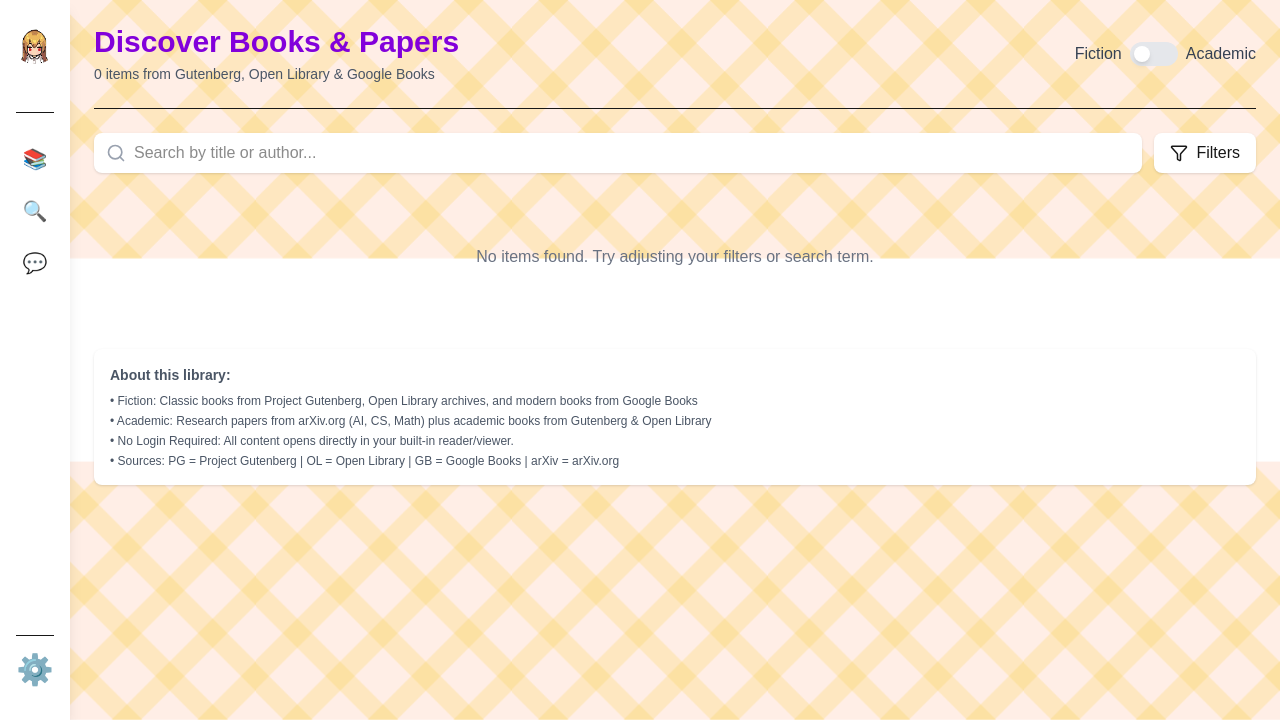
Repository: ramosfranz/bookie
Page: /discover
The author's editor kept a copy of each file at every save. The page is drawn from the files as they stood at one save, then again after the next save.
The browser window is 1280 px wide. The pictures show the whole page.
The page's requests for data from a server got no answer. Some web fonts or font styles are not loaded; a fallback is used. The project was rebuilt for these pictures with package versions that can differ from the ones it lists, and the page was loaded fresh each time. The framework's server and built-in components were replaced by stand-ins that run in the browser. No one was signed in, and anything a server would have sent is missing. Also part of the build but not shown: next.config.ts.

Above is the page before, as saved 2025-12-06 07:48:53.

### src/app/layout.tsx
import type { Metadata } from "next";
import "./globals.css";
import Head from "next/head";

export const metadata: Metadata = {
  title: "Bookie",
  description: "Bookie",
};

export default function RootLayout({
  children,
}: Readonly<{ children: React.ReactNode }>) {
  return (
    <html lang="en">
      <Head>
        <link rel="preconnect" href="https://fonts.googleapis.com" />
        <link rel="preconnect" href="https://fonts.gstatic.com" crossOrigin="anonymous" />
        <link href="https://fonts.googleapis.com/css2?family=Jersey+25&display=swap" rel="stylesheet" />

      </Head>
      <body className="font-jersey antialiased">{children}</body>
    </html>
  );
}

### src/app/discover/page.tsx
"use client";

import { useState, useMemo, useEffect } from "react";
import { BookOpen, Search, X, Filter, FileText, Plus } from "lucide-react";
import Sidebar from "../components/Sidebar";
import { addBookToLibrary, isBookInLibrary } from "@/lib/supabase/library";
import { supabase } from "@/lib/supabase/client";
import '../styles/background.css';

// --- TYPESCRIPT DECLARATIONS FOR GOOGLE BOOKS API ---
declare global {
  interface Window {
    google?: {
      books: {
        load: () => void;
        setOnLoadCallback: (callback: () => void) => void;
        DefaultViewer: new (element: HTMLElement) => {
          load: (identifier: string) => void;
        };
      };
    };
  }
}

interface Book {
  id: string;
  title: string;
  author?: string;
  cover?: string;
  year?: number;
  type: "leisure" | "research";
  subjects?: string[];
  formats?: { [key: string]: string };
  source: "gutendex" | "openlibrary" | "googlebooks" | "arxiv";
  googleBooksId?: string;
  pdfUrl?: string;
  abstract?: string;
}

const FICTION_GENRES = [
  "All",
  "Adventure",
  "Romance",
  "Mystery",
  "Science Fiction",
  "Fantasy",
  "Horror",
  "Historical Fiction",
  "Thriller",
  "Classic Literature"
];

const ACADEMIC_SUBJECTS = [
  "All",
  "Computer Science",
  "Mathematics",
  "Physics",
  "Engineering",
  "Biology",
  "Chemistry",
  "Psychology",
  "Philosophy",
  "History"
];

export default function DiscoverPage() {
  const dummyUser = { id: "0001", email: "test@example.com", username: "TestUser" };
  const [user] = useState(dummyUser);

  const [activeTab, setActiveTab] = useState<"dashboard" | "discover" | "chat">("discover");
  const [libraryTab, setLibraryTab] = useState<"leisure" | "research">("leisure");

  const [searchQuery, setSearchQuery] = useState("");
  const [books, setBooks] = useState<Book[]>([]);
  const [loading, setLoading] = useState(false);

  const [selectedGenre, setSelectedGenre] = useState<string>("All");
  const [showFilters, setShowFilters] = useState(false);

  const [viewerUrl, setViewerUrl] = useState<string | null>(null);
  const [viewerTitle, setViewerTitle] = useState<string>("");
  const [viewerType, setViewerType] = useState<"iframe" | "google">("iframe");

  const itemsPerPage = 18;
  const [currentPage, setCurrentPage] = useState(1);

  // --- API FETCH LOGIC ---
  useEffect(() => {
    setLoading(true);
    setCurrentPage(1);
    setBooks([]);

    const fetchPromises: Promise<Book[]>[] = [];

    if (libraryTab === "leisure") {
      // Gutendex
      fetchPromises.push(
        fetch(`https://gutendex.com/books?topic=fiction&languages=en`)
          .then((res) => res.json())
          .then((data) => (data.results || []).slice(0, 100).map((book: any) => ({
            id: `gutendex-${book.id}`,
            title: book.title,
            author: book.authors?.[0]?.name,
            cover: book.formats?.["image/jpeg"]?.replace('http:', 'https:'),
            year: book.authors?.[0]?.birth_year,
            type: "leisure" as const,
            subjects: book.subjects || [],
            formats: book.formats,
            source: "gutendex" as const,
          })))
          .catch(() => [])
      );

      // Open Library
      fetchPromises.push(
        fetch(`https://openlibrary.org/search.json?q=subject:fiction&has_fulltext=true&limit=100`)
          .then((res) => res.json())
          .then((data) => (data.docs || []).map((doc: any) => ({
            id: `openlibrary-${doc.key}`,
            title: doc.title,
            author: doc.author_name?.[0],
            cover: doc.cover_i ? `https://covers.openlibrary.org/b/id/${doc.cover_i}-M.jpg` : undefined,
            year: doc.first_publish_year,
            type: "leisure" as const,
            subjects: doc.subject || [],
            formats: { ia: doc.ia?.[0] },
            source: "openlibrary" as const,
          })).filter((book: Book) => book.formats?.ia))
          .catch(() => [])
      );

      // Google Books
      fetchPromises.push(
        fetch(`https://www.googleapis.com/books/v1/volumes?q=fiction&maxResults=40&langRestrict=en&printType=books&filter=partial`)
          .then((res) => res.json())
          .then((data) => (data.items || []).map((item: any) => ({
            id: `googlebooks-${item.id}`,
            title: item.volumeInfo.title,
            author: item.volumeInfo.authors?.[0],
            cover: item.volumeInfo.imageLinks?.thumbnail?.replace('http:', 'https:'),
            year: parseInt(item.volumeInfo.publishedDate?.split("-")[0]) || undefined,
            type: "leisure" as const,
            subjects: item.volumeInfo.categories || [],
            formats: {},
            source: "googlebooks" as const,
            googleBooksId: item.id,
          })).filter((book: Book) => book.googleBooksId))
          .catch((err) => { console.error("Google Books error:", err); return []; })
      );
    } else {
      // Research/Academic sources
      const topics = ["computer", "mathematics", "physics", "science"];
      topics.forEach(topic => {
        fetchPromises.push(
          fetch(`https://gutendex.com/books?topic=${topic}&languages=en`)
            .then((res) => res.json())
            .then((data) => (data.results || []).slice(0, 25).map((book: any) => ({
              id: `gutendex-${book.id}`,
              title: book.title,
              author: book.authors?.[0]?.name,
              cover: book.formats?.["image/jpeg"]?.replace('http:', 'https:'),
              year: book.authors?.[0]?.birth_year,
              type: "research" as const,
              subjects: book.subjects || [],
              formats: book.formats,
              source: "gutendex" as const,
            })))
            .catch(() => [])
        );
      });

      fetchPromises.push(
        fetch(`https://openlibrary.org/search.json?q=subject:(computer+science+OR+mathematics+OR+physics+OR+engineering)&has_fulltext=true&limit=50`)
          .then((res) => res.json())
          .then((data) => (data.docs || []).map((doc: any) => ({
            id: `openlibrary-${doc.key}`,
            title: doc.title,
            author: doc.author_name?.[0],
            cover: doc.cover_i ? `https://covers.openlibrary.org/b/id/${doc.cover_i}-M.jpg` : undefined,
            year: doc.first_publish_year,
            type: "research" as const,
            subjects: doc.subject || [],
            formats: { ia: doc.ia?.[0] },
            source: "openlibrary" as const,
          })).filter((book: Book) => book.formats?.ia))
          .catch(() => [])
      );

      fetchPromises.push(
        fetch(`https://export.arxiv.org/api/query?search_query=cat:cs.*+OR+cat:math.*+OR+cat:astro-ph.*&start=0&max_results=100&sortBy=submittedDate&sortOrder=descending`)
          .then((res) => res.text())
          .then((xmlText) => {
            const parser = new DOMParser();
            const xml = parser.parseFromString(xmlText, "text/xml");
            const entries = xml.querySelectorAll("entry");

            return Array.from(entries).map((entry) => {
              const id = entry.querySelector("id")?.textContent || "";
              const arxivId = id.split("arxiv.org/abs/")[1] || "";
              const title = entry.querySelector("title")?.textContent?.trim().replace(/\s+/g, ' ') || "";
              const authors = Array.from(entry.querySelectorAll("author name")).map((name) => name.textContent);
              const published = entry.querySelector("published")?.textContent || "";
              const year = new Date(published).getFullYear();
              const summary = entry.querySelector("summary")?.textContent?.trim().replace(/\s+/g, ' ') || "";
              const pdfLink = `https://arxiv.org/pdf/${arxivId}.pdf`;
              const categories = Array.from(entry.querySelectorAll("category")).map((cat) => cat.getAttribute("term") || "");

              return {
                id: `arxiv-${arxivId}`,
                title,
                author: authors[0] || "Unknown",
                cover: undefined,
                year,
                type: "research" as const,
                subjects: categories,
                formats: {},
                source: "arxiv" as const,
                pdfUrl: pdfLink,
                abstract: summary.substring(0, 200) + "...",
              };
            }).filter(paper => paper.title && paper.id);
          })
          .catch((err) => { console.error("arXiv error:", err); return []; })
      );
    }

    Promise.all(fetchPromises)
      .then((results) => {
        const allBooks = results.flat();
        const uniqueBooks = allBooks.filter((book, index, self) =>
          index === self.findIndex((b) => b.title.toLowerCase() === book.title.toLowerCase())
        );
        setBooks(uniqueBooks);
      })
      .finally(() => setLoading(false));
  }, [libraryTab]);

  // --- FILTERING AND PAGINATION ---
  const filteredBooks = useMemo(() => {
    return books.filter((book) => {
      const matchesSearch = book.title.toLowerCase().includes(searchQuery.toLowerCase()) ||
                            book.author?.toLowerCase().includes(searchQuery.toLowerCase());
      const matchesGenre = selectedGenre === "All" ||
                           book.subjects?.some((subject) => subject.toLowerCase().includes(selectedGenre.toLowerCase()));
      return matchesSearch && matchesGenre;
    });
  }, [books, searchQuery, selectedGenre]);

  const paginatedBooks = useMemo(() => {
    const start = (currentPage - 1) * itemsPerPage;
    return filteredBooks.slice(start, start + itemsPerPage);
  }, [filteredBooks, currentPage]);

  const totalPages = Math.ceil(filteredBooks.length / itemsPerPage);

  // --- GOOGLE BOOKS VIEWER SCRIPT ---
  useEffect(() => {
    const script = document.createElement('script');
    script.src = 'https://www.google.com/books/jsapi.js';
    script.async = true;
    document.body.appendChild(script);

    return () => { document.body.removeChild(script); };
  }, []);

  useEffect(() => {
    if (viewerType === "google" && viewerUrl) {
      const initializeGoogleViewer = () => {
        if (window.google?.books) {
          window.google.books.load();
          const loadViewer = () => {
            const viewerDiv = document.getElementById('google-viewer-canvas');
            if (viewerDiv) {
              const viewer = new window.google.books.DefaultViewer(viewerDiv);
              viewer.load(viewerUrl);
            }
          };
          window.google.books.setOnLoadCallback(loadViewer);
        }
      };
      const timeoutId = setTimeout(initializeGoogleViewer, 50);
      return () => clearTimeout(timeoutId);
    }
  }, [viewerType, viewerUrl]);

  // --- BOOK READER HANDLER ---
  const openBookReader = (book: Book) => {
    setViewerTitle(book.title);
    setViewerUrl(null);
    if (book.source === "gutendex") {
      const htmlUrl = book.formats?.["text/html"];
      const epubUrl = book.formats?.["application/epub+zip"];
      if (htmlUrl) { setViewerUrl(htmlUrl); setViewerType("iframe"); }
      else if (epubUrl) { setViewerUrl(`https://futurepress.github.io/epubjs-reader/?bookPath=${encodeURIComponent(epubUrl)}`); setViewerType("iframe"); }
    } else if (book.source === "openlibrary") {
      const iaId = book.formats?.ia;
      if (iaId) { setViewerUrl(`https://archive.org/embed/${iaId}`); setViewerType("iframe"); }
    } else if (book.source === "googlebooks") {
      if (book.googleBooksId) { setViewerUrl(book.googleBooksId); setViewerType("google"); }
    } else if (book.source === "arxiv") {
      if (book.pdfUrl) { setViewerUrl(book.pdfUrl); setViewerType("iframe"); }
    }
  };

const addToLibrary = async (book: Book) => {
  const {
    data: { user },
  } = await supabase.auth.getUser();

  if (!user) {
    alert("Please log in first.");
    return;
  }

  // Check if book already exists in library
  const already = await isBookInLibrary(user.id, book.id);
  if (already) {
    alert("This book is already in your library.");
    return;
  }

  // Add book to library
  const added = await addBookToLibrary(user.id, book);

  if (added) {
    alert("Book added to library!");
  }
};


  const getSourceBadge = (source: string) => {
    const badges = {
      gutendex: { label: "PG", color: "bg-green-500" },
      openlibrary: { label: "OL", color: "bg-blue-500" },
      googlebooks: { label: "GB", color: "bg-red-500" },
      arxiv: { label: "arXiv", color: "bg-orange-500" },
    };
    return badges[source as keyof typeof badges] || { label: "??", color: "bg-gray-500" };
  };

  const currentFilters = libraryTab === "leisure" ? FICTION_GENRES : ACADEMIC_SUBJECTS;

  return (
    <div className="min-h-screen flex bookieBgVar1">
      <Sidebar activeTab={activeTab}/>

      <main className="flex-1 p-6">
        {/* Header */}
        <div className="flex items-center justify-between mb-6">
          <div>
            <h1 className="text-3xl font-bold text-purple-700">Discover Books & Papers</h1>
            <p className="text-sm text-gray-600 mt-1">
              {filteredBooks.length} items from {libraryTab === "leisure" ? "Gutenberg, Open Library & Google Books" : "Gutenberg, Open Library & arXiv"}
            </p>
          </div>
          <div className="flex items-center gap-2">
            <span className="text-gray-700">Fiction</span>
            <label className="relative inline-flex items-center cursor-pointer">
              <input type="checkbox" className="sr-only peer" checked={libraryTab === "research"} onChange={() => { setLibraryTab(libraryTab === "research" ? "leisure" : "research"); setSelectedGenre("All"); }} />
              <div className="w-12 h-6 bg-gray-200 peer-focus:outline-none rounded-full peer peer-checked:bg-purple-600 transition-all"></div>
              <div className={`absolute left-1 top-1 w-4 h-4 bg-white rounded-full shadow-md transition-transform ${libraryTab === "research" ? "translate-x-6" : ""}`}></div>
            </label>
            <span className="text-gray-700">Academic</span>
          </div>
        </div>

        <hr className="my-6" />

        {/* Search and Filters */}
        <div className="flex flex-col md:flex-row gap-3 mb-6">
          <div className="flex items-center bg-white rounded-lg shadow px-3 py-2 flex-1">
            <Search className="w-5 h-5 text-gray-400 mr-2" />
            <input type="text" placeholder="Search by title or author..." value={searchQuery} onChange={(e) => setSearchQuery(e.target.value)} className="flex-1 outline-none" />
          </div>
          <button onClick={() => setShowFilters(!showFilters)} className="flex items-center gap-2 px-4 py-2 bg-white rounded-lg shadow hover:bg-purple-50 transition">
            <Filter size={18} /> <span>Filters</span>
            {selectedGenre !== "All" && <span className="bg-purple-600 text-white text-xs px-2 py-0.5 rounded-full">1</span>}
          </button>
        </div>

        {showFilters && (
          <div className="bg-white rounded-lg shadow p-4 mb-6">
            <h3 className="font-semibold mb-3">{libraryTab === "leisure" ? "Fiction Genres" : "Academic Subjects"}</h3>
            <div className="grid grid-cols-2 md:grid-cols-5 gap-2">
              {currentFilters.map((filter) => (
                <button key={filter} onClick={() => setSelectedGenre(filter)} className={`px-3 py-2 rounded-lg text-sm transition ${selectedGenre === filter ? "bg-purple-600 text-white" : "bg-gray-100 hover:bg-gray-200"}`}>{filter}</button>
              ))}
            </div>
          </div>
        )}

        {loading ? (
          <div className="flex justify-center items-center h-64">
            <div className="text-purple-600 text-lg">Loading from multiple sources...</div>
          </div>
        ) : (
          <>
            <div className="grid grid-cols-2 md:grid-cols-3 lg:grid-cols-4 xl:grid-cols-6 gap-4">
              {paginatedBooks.map((book) => {
                const badge = getSourceBadge(book.source);
                const isResearchPaper = book.source === "arxiv";

                return (
                  <div key={book.id} className="flex flex-col bg-white p-4 rounded-xl shadow hover:shadow-lg transition">
                    <div className="relative">
                      {book.cover ? (
                        <img src={book.cover} alt={book.title} className="w-full h-40 object-cover rounded mb-2" />
                      ) : (
                        <div className="w-full h-40 bg-gradient-to-br from-purple-100 to-indigo-100 rounded mb-2 flex items-center justify-center">
                          {isResearchPaper ? <FileText size={48} className="text-purple-400" /> : <BookOpen size={48} className="text-purple-400" />}
                        </div>
                      )}
                      <span className={`absolute top-1 right-1 text-xs px-2 py-0.5 rounded text-white ${badge.color}`}>{badge.label}</span>
                    </div>
                    <p className="font-semibold text-sm line-clamp-2 mb-1">{book.title}</p>
                    {book.author && <p className="text-xs text-gray-600 mb-1">by {book.author}</p>}
                    {book.abstract && <p className="text-xs text-gray-500 mb-2 line-clamp-2">{book.abstract}</p>}
                    {book.year && <p className="text-xs text-gray-500 mb-2">{book.year}</p>}

                    {/* Read Now / Read Paper */}
                    <button onClick={() => openBookReader(book)} className="mt-auto px-3 py-1.5 bg-purple-600 text-white text-xs rounded hover:bg-purple-700 flex items-center justify-center gap-1 mb-2">
                      {isResearchPaper ? <FileText size={14} /> : <BookOpen size={14} />}
                      {isResearchPaper ? "Read Paper" : "Read Now"}
                    </button>

                    {/* --- NEW: Add to Library --- */}
                    <button onClick={() => addToLibrary(book)} className="px-3 py-1.5 bg-green-500 text-white text-xs rounded hover:bg-green-600 flex items-center justify-center gap-1">
                      <Plus size={14} /> Add to Library
                    </button>
                  </div>
                );
              })}
            </div>

            {paginatedBooks.length === 0 && !loading && <div className="text-center text-gray-500 py-12">No items found. Try adjusting your filters or search term.</div>}

            {/* Pagination */}
            {totalPages > 1 && (
              <div className="flex justify-center gap-2 mt-8">
                <button onClick={() => setCurrentPage(Math.max(1, currentPage - 1))} disabled={currentPage === 1} className="px-4 py-2 rounded-lg bg-white shadow hover:bg-purple-100 disabled:opacity-50 disabled:cursor-not-allowed">Previous</button>
                {Array.from({ length: Math.min(5, totalPages) }, (_, i) => {
                  let pageNum;
                  if (totalPages <= 5) pageNum = i + 1;
                  else if (currentPage <= 3) pageNum = i + 1;
                  else if (currentPage >= totalPages - 2) pageNum = totalPages - 4 + i;
                  else pageNum = currentPage - 2 + i;
                  if (pageNum < 1) return null;
                  return (
                    <button key={pageNum} onClick={() => setCurrentPage(pageNum)} className={`px-3 py-2 rounded-lg ${currentPage === pageNum ? "bg-purple-600 text-white" : "bg-white shadow hover:bg-purple-100"}`}>{pageNum}</button>
                  );
                })}
                <button onClick={() => setCurrentPage(Math.min(totalPages, currentPage + 1))} disabled={currentPage === totalPages} className="px-4 py-2 rounded-lg bg-white shadow hover:bg-purple-100 disabled:opacity-50 disabled:cursor-not-allowed">Next</button>
              </div>
            )}
          </>
        )}

        <div className="mt-8 p-4 bg-white rounded-lg shadow text-sm text-gray-600">
          <p className="font-semibold mb-2">About this library:</p>
          <ul className="space-y-1 text-xs">
            <li>• Fiction: Classic books from Project Gutenberg, Open Library archives, and modern books from Google Books</li>
            <li>• Academic: Research papers from arXiv.org (AI, CS, Math) plus academic books from Gutenberg & Open Library</li>
            <li>• No Login Required: All content opens directly in your built-in reader/viewer.</li>
            <li>• Sources: PG = Project Gutenberg | OL = Open Library | GB = Google Books | arXiv = arXiv.org</li>
          </ul>
        </div>
      </main>

      {viewerUrl && (
        <div className="fixed inset-0 bg-black/80 flex items-center justify-center z-50 p-4">
          <div className="bg-white w-full h-full max-w-7xl max-h-[95vh] rounded-xl relative shadow-2xl flex flex-col">
            <div className="bg-purple-700 text-white px-4 py-3 rounded-t-xl flex items-center justify-between">
              <h3 className="font-semibold truncate">{viewerTitle}</h3>
              <button className="hover:bg-purple-600 rounded-full p-1 transition flex-shrink-0" onClick={() => { setViewerUrl(null); setViewerTitle(""); setViewerType("iframe"); }}>
                <X size={24} />
              </button>
            </div>

            {viewerType === "iframe" ? (
              <iframe src={viewerUrl} className="w-full flex-1 rounded-b-xl" title="Document Viewer" allowFullScreen />
            ) : (
              <div id="google-viewer-canvas" className="w-full flex-1 rounded-b-xl overflow-hidden" />
            )}
          </div>
        </div>
      )}
    </div>
  );
}

### src/app/globals.css
@import url('https://fonts.googleapis.com/css2?family=Jersey+25&display=swap');
@import "tailwindcss";

:root {
  --background: #ffffff;
  --foreground: #171717;
  --font-jersey: 'Jersey 25', sans-serif;
}

@theme inline {
  --color-background: var(--background);
  --color-foreground: var(--foreground);
}

@media (prefers-color-scheme: dark) {
  :root {
    --background: #0a0a0a;
    --foreground: #ededed;
  }
}

body {
  background: var(--background);
  color: var(--foreground);
  font-family: var(--font-jersey);
}

.pixelated {
  image-rendering: pixelated;       /* Modern browsers */
  image-rendering: crisp-edges;     /* Fallback */
  -ms-interpolation-mode: nearest-neighbor; /* IE fallback */
}

### src/app/styles/background.css
.bookieBackground {
  background-image: url("/image/sparkle.gif"), url("/image/bg_try.gif"), url("/image/bookiebg1.png");
  background-size: auto, auto, 20%;   /* multiple background layers */
  background-repeat: auto, auto, space;
}

.pixelated {
  image-rendering: pixelated;       /* Modern browsers */
  image-rendering: crisp-edges;     /* Fallback */
  -ms-interpolation-mode: nearest-neighbor; /* IE fallback */
}

.bookieBgVar1 {
   background-image: url("/image/bookiebg1.png");
  background-size: 20%;   /* multiple background layers */
  background-repeat: space;
}

Loaded but not shown: src/lib/supabase/client.ts (common file); src/app/components/Sidebar.tsx (99 lines, source omitted); src/lib/supabase/library.ts (127 lines, source omitted)

After the next save:
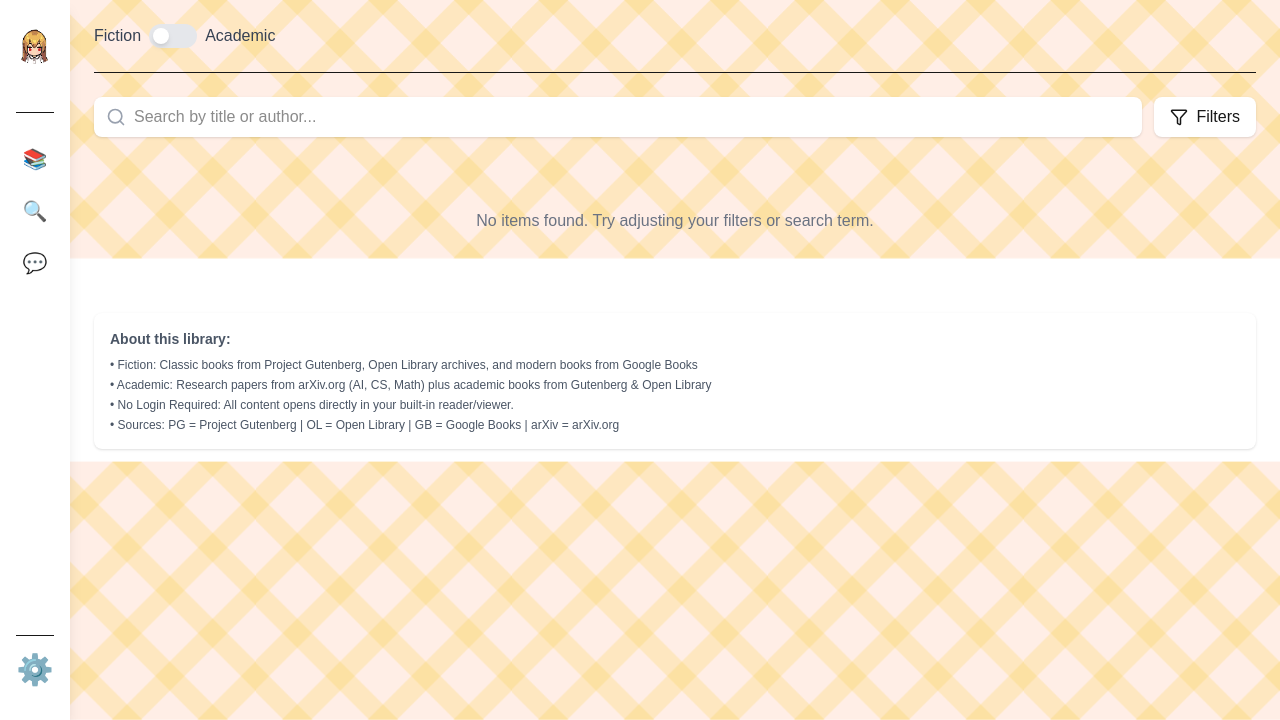
Saved 26 s later.
--- a/src/app/discover/page.tsx
+++ b/src/app/discover/page.tsx
@@ -347,12 +347,6 @@ const addToLibrary = async (book: Book) => {
       <main className="flex-1 p-6">
         {/* Header */}
         <div className="flex items-center justify-between mb-6">
-          <div>
-            <h1 className="text-3xl font-bold text-purple-700">Discover Books & Papers</h1>
-            <p className="text-sm text-gray-600 mt-1">
-              {filteredBooks.length} items from {libraryTab === "leisure" ? "Gutenberg, Open Library & Google Books" : "Gutenberg, Open Library & arXiv"}
-            </p>
-          </div>
           <div className="flex items-center gap-2">
             <span className="text-gray-700">Fiction</span>
             <label className="relative inline-flex items-center cursor-pointer">
